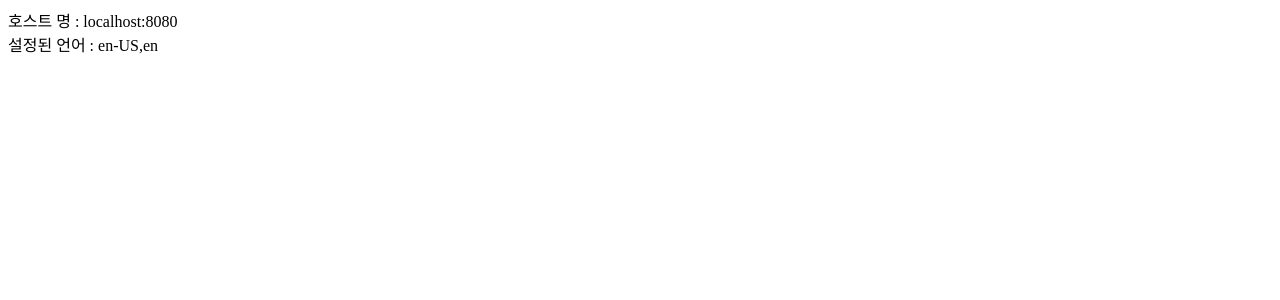
Repository: ramperrit/JSP
Page: http://localhost/JSPBook/Ch05/header01.jsp
The author's editor kept a copy of each file at every save. The page is drawn from the files as they stood at one save, then again after the next save.
The browser window is 1280 px wide. The pictures show the whole page.
The page is served by Tomcat 9. Nobody is signed in. The application's start-up code is not run. Other server files are loaded and not shown.

Above is the page before, as saved 2024-02-21 05:36:20.

### JSPBook/src/main/webapp/Ch05/header01.jsp
<%@ page language="java" contentType="text/html; charset=utf-8"%>
<!DOCTYPE html>
<html>
<head>
<meta charset="EUC-KR">
<title>Insert title here</title>
</head>
<body>
	<%
		String hostValue = request.getHeader("host");
		String alValue = request.getHeader("accept-language");

		out.print("호스트 명 : " + hostValue + "<br>");
		out.print("설정된 언어 : " + alValue + "<br>");
	%>
</body>
</html>

After the next save:
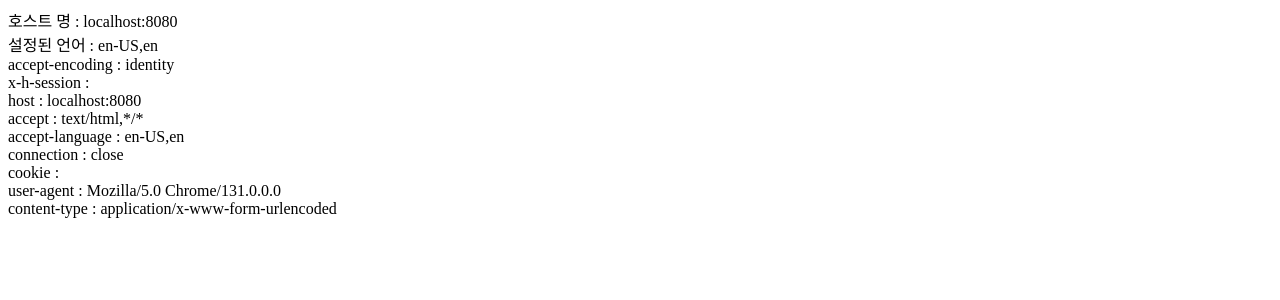
Saved 6 min 3 s later.
--- a/JSPBook/src/main/webapp/Ch05/header01.jsp
+++ b/JSPBook/src/main/webapp/Ch05/header01.jsp
@@ -1,3 +1,4 @@
+<%@page import="java.util.Enumeration"%>
 <%@ page language="java" contentType="text/html; charset=utf-8"%>
 <!DOCTYPE html>
 <html>
@@ -13,5 +14,17 @@
 		out.print("호스트 명 : " + hostValue + "<br>");
 		out.print("설정된 언어 : " + alValue + "<br>");
 	%>
+
+	<%
+		Enumeration en = request.getHeaderNames();
+		while (en.hasMoreElements()){
+			String headerName = (String) en.nextElement();
+			String headerValue = request.getHeader(headerName);
+	%>
+	<%= headerName %> : <%=headerValue%><br>
+	<%
+		}
+	%>
+
 </body>
 </html>
